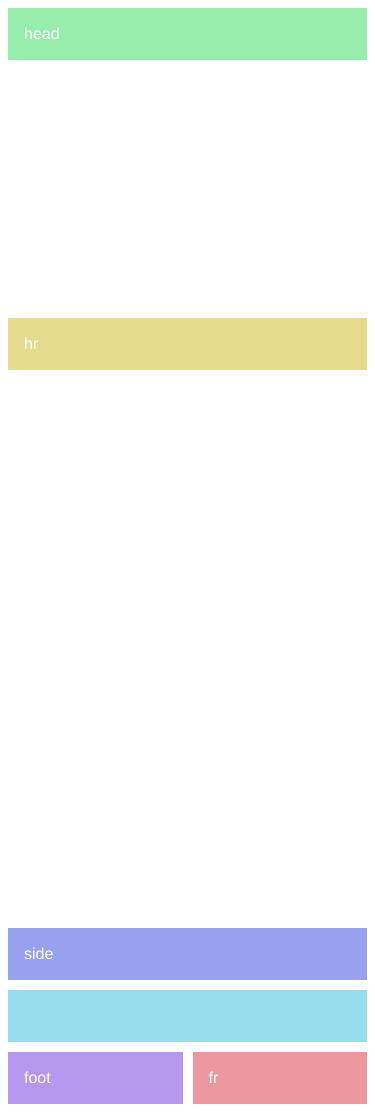
Repository: SamirIngley/html-semantic
Page: templates/grid.html
These files come from the project's save history. The page is drawn as it stood at one moment and after the next save; the edit follows.
The browser window is 375 px wide. The pictures show the whole page.

Above is the page before, as saved 2020-02-06 15:56:07.

After the next save:
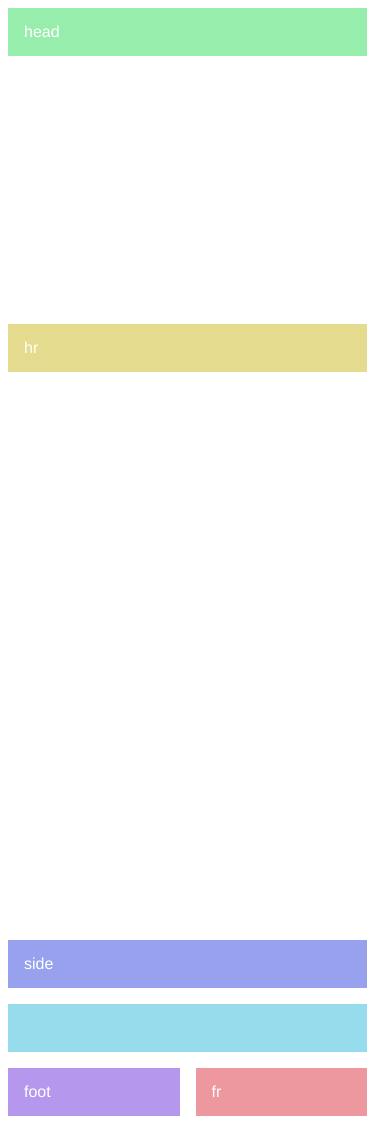
Saved 32 s later.
--- a/templates/grid.html
+++ b/templates/grid.html
@@ -110,7 +110,7 @@
   @media only screen and (max-width: 600px) {
     .wrapper {
         display: grid;
-        grid-gap: 10px;
+        grid-gap: 1em;
         grid-template-columns: repeat(2, 1fr);
         grid-template-rows: 300px 600px;
 
@@ -128,7 +128,7 @@
       display: flex;
       justify-content: space-between;
       align-items: center;
-      height:20px;
+      height:1em;
     }
 
   }
